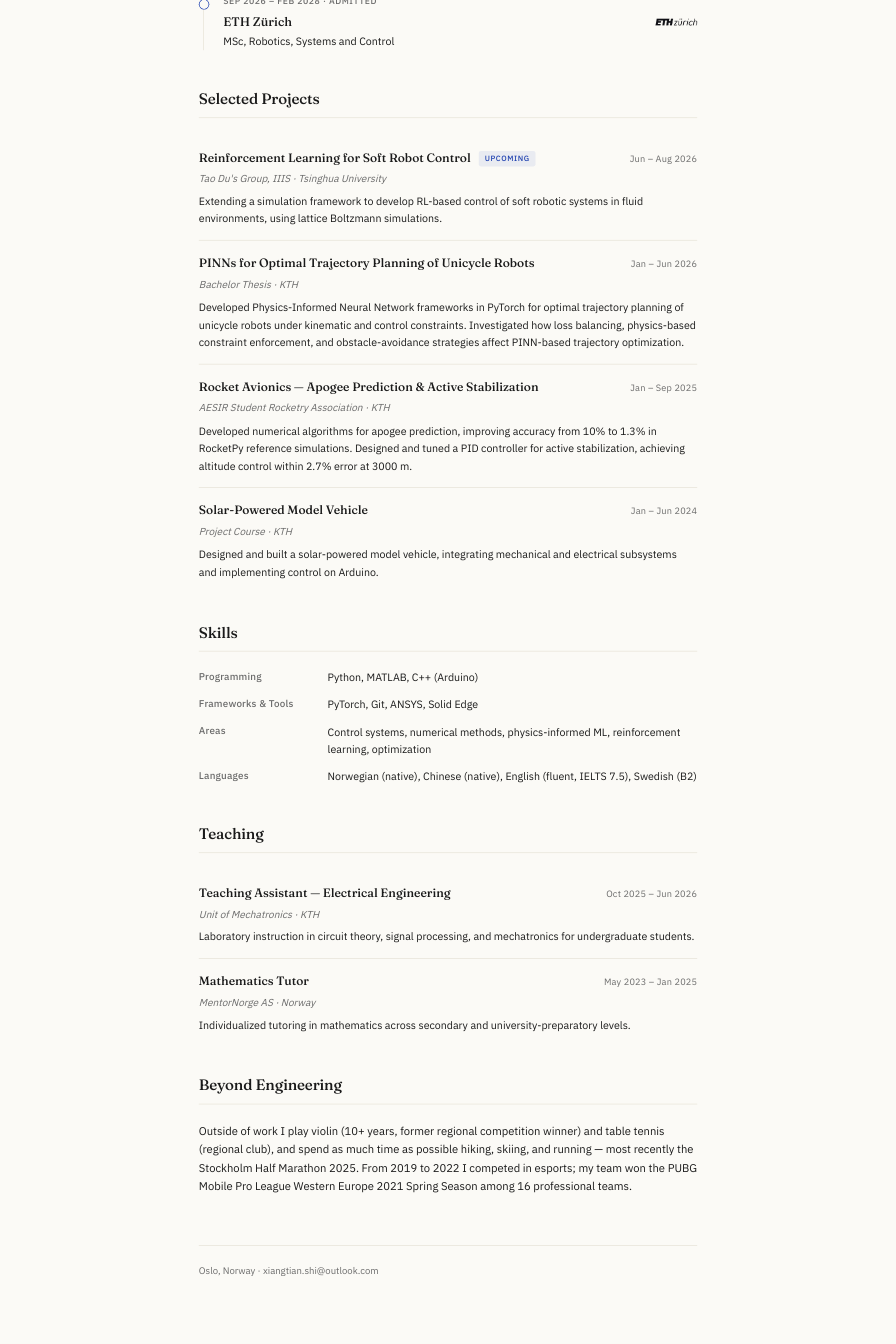
Repository: xitisch/xitisch.github.io
Page: index.html
An editor plug-in stored every save of this project. The page is shown before and after the next save, followed by the edit.
The browser window is 1280 px wide. The pictures show the part of the page from y = 834 to 2754 px (the page is 2754 px tall before and 2603 px after), at 70% of full size.

Above is the page before, as saved 2026-06-08 02:22:36.

After the next save:
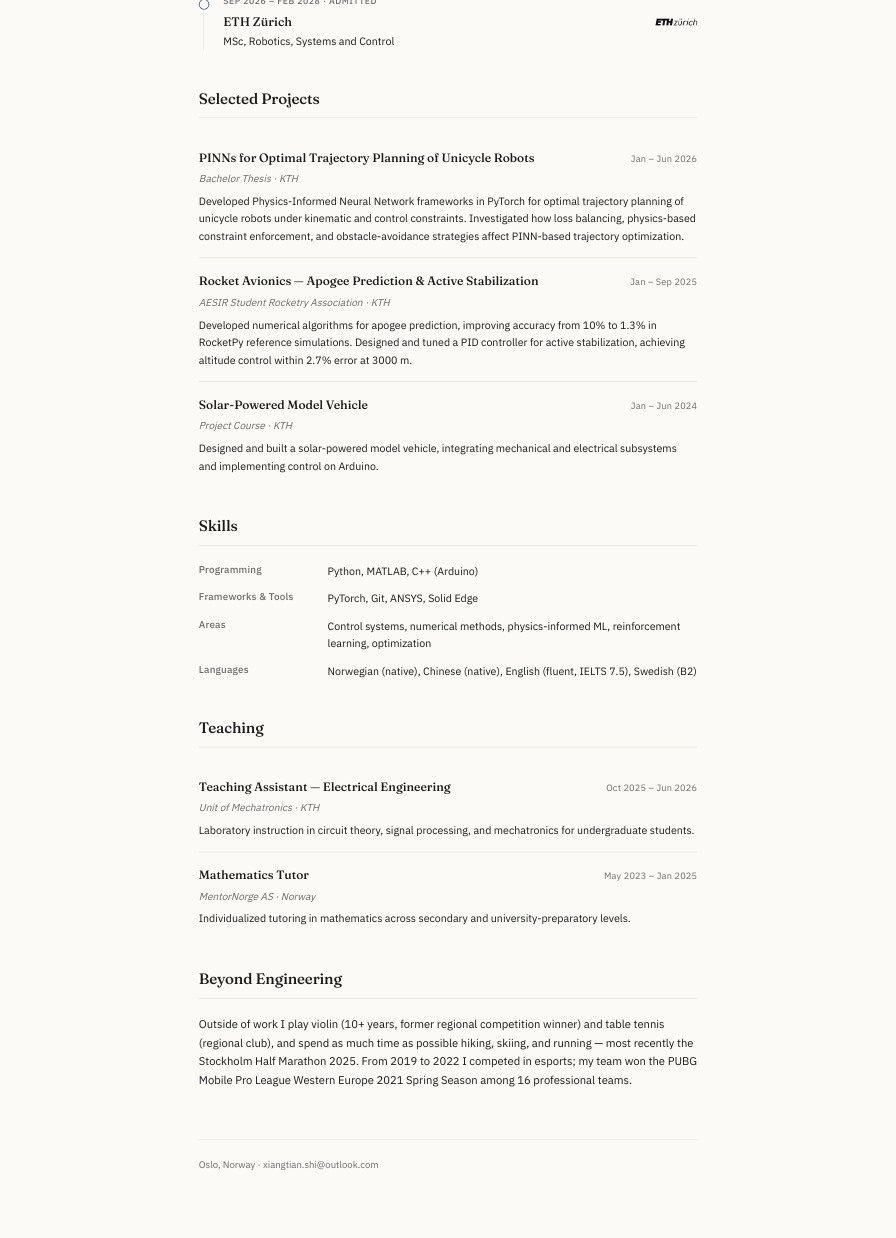
Saved 85 s later.
--- a/index.html
+++ b/index.html
@@ -65,6 +65,7 @@
     <section>
       <h2>Selected Projects</h2>
 
+      <!--
       <article class="project">
         <div class="project-header">
           <h3 class="project-title">Reinforcement Learning for Soft Robot Control <span class="tag">Upcoming</span></h3>
@@ -75,6 +76,7 @@
           Extending a simulation framework to develop RL-based control of soft robotic systems in fluid environments, using lattice Boltzmann simulations.
         </p>
       </article>
+      -->
 
       <article class="project">
         <div class="project-header">
